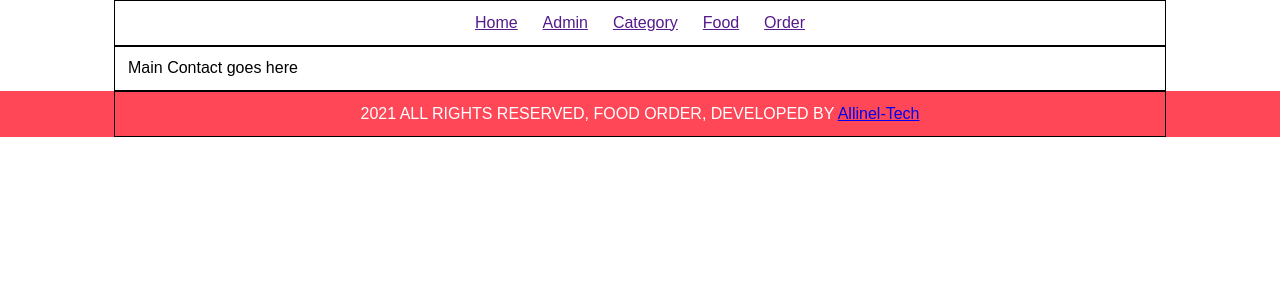
Repository: yazshrilld/food_order
Page: http://localhost/admin/index.php
These files come from the project's save history. The page is drawn as it stood at one moment and after a run of saves; the edit follows.
The browser window is 1280 px wide. The pictures show the whole page.
The page is run by PHP 8.4 with error messages shown; the project is at /var/www/html/.

Above is the page before, as saved 2021-01-24 16:21:44.

After the next 2 saves:
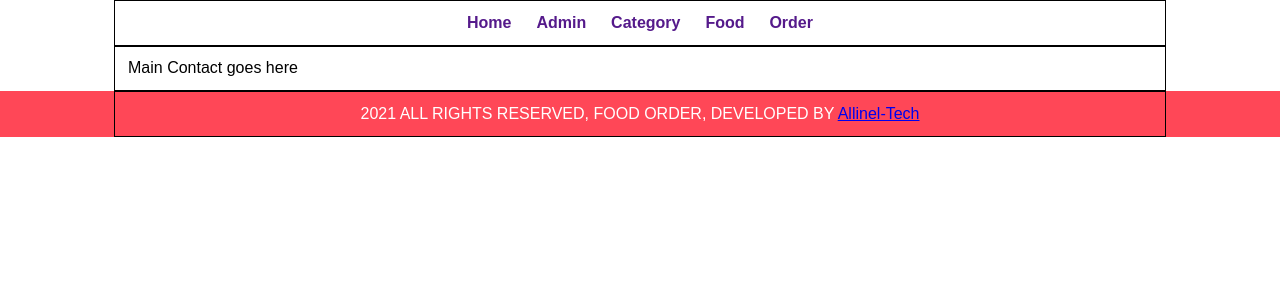
The 2 saves are shown as one change because they came seconds apart.
The last was saved 9 s later.
--- a/css/admin.css
+++ b/css/admin.css
@@ -29,8 +29,8 @@
     padding: 1%;
 }
 .menu ul li a {
-    text-decoration: ;
-    font-weight: ;
+    text-decoration: none;
+    font-weight: bold;
 }
 
 /* CSS for footer */
